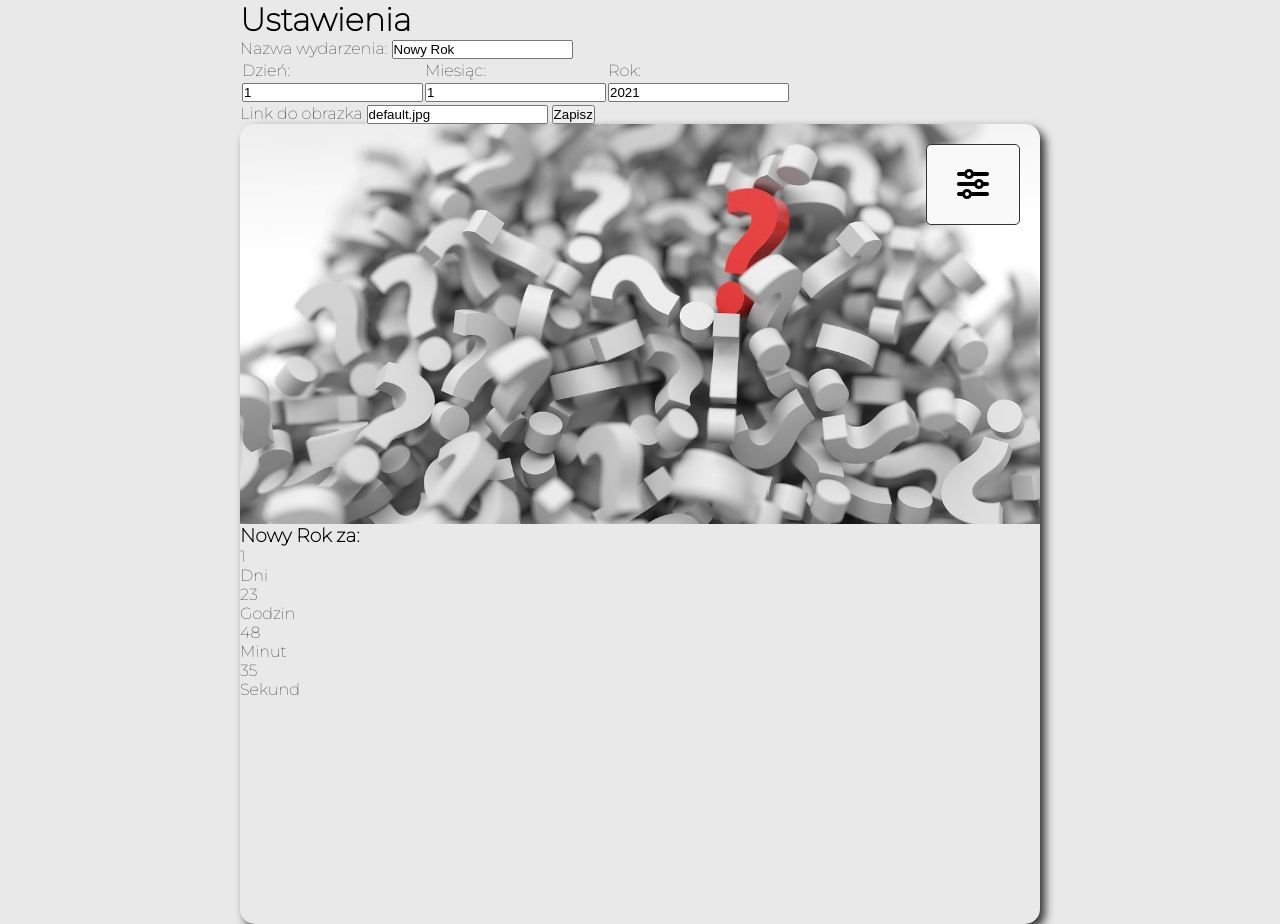
Repository: KrzysKolo/Projekt-8_Czasomierz
Page: index.html
An editor plug-in stored every save of this project. The page is shown before and after the next save, followed by the edit.
The browser window is 1280 px wide. The pictures show the whole page.
The pointer rests on the first visible `.settings-btn`.
Some web libraries are served in a nearby version.

Above is the page before, as saved 2020-07-19 10:19:56.

After the next save:
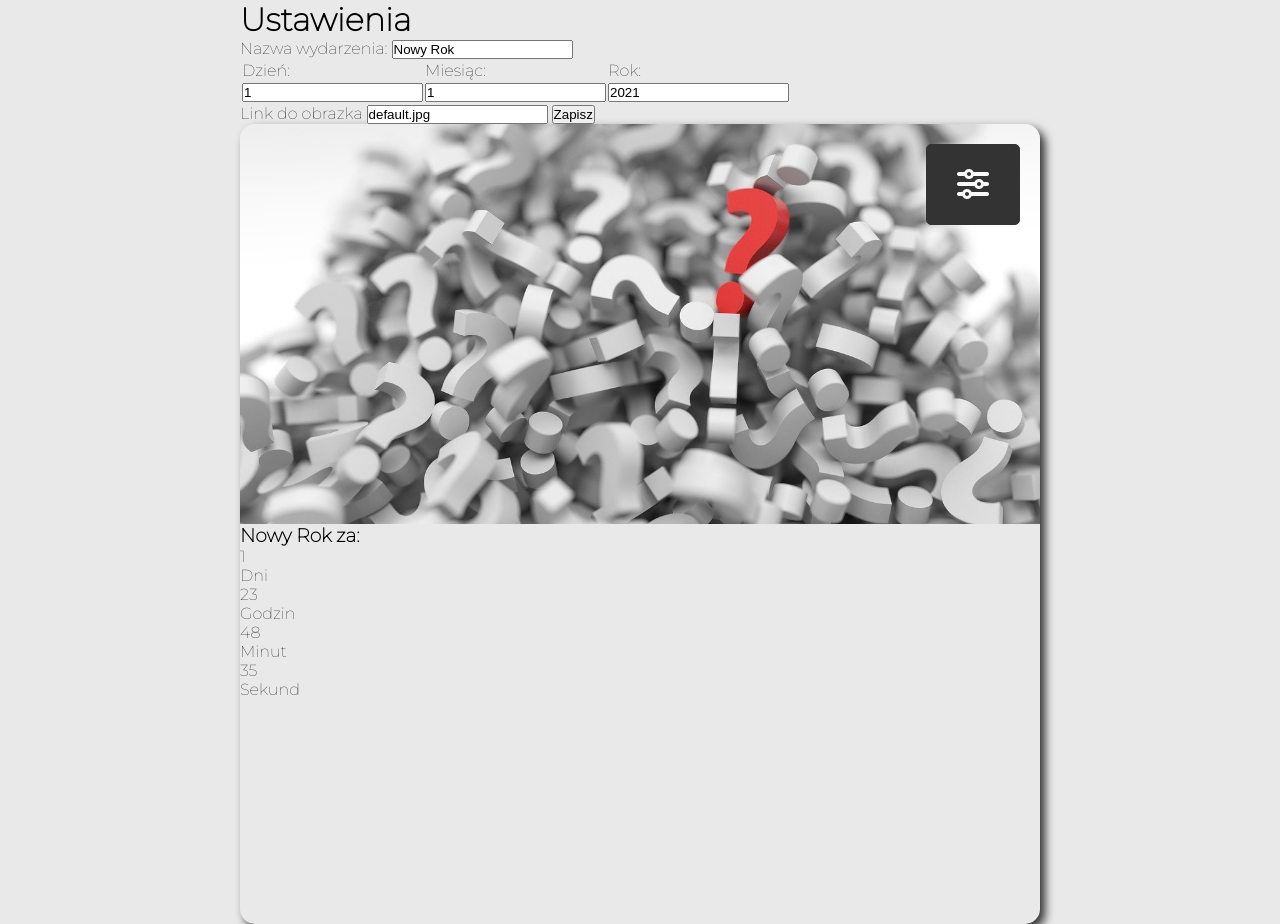
Saved 4 min 46 s later.
--- a/css/style.css
+++ b/css/style.css
@@ -42,3 +42,7 @@ body {
   cursor: pointer;
   transition: background-color 0.3s, color 0.3s;
 }
+.settings-btn:hover {
+  color: #f9f9f9;
+  background-color: #333;
+}
